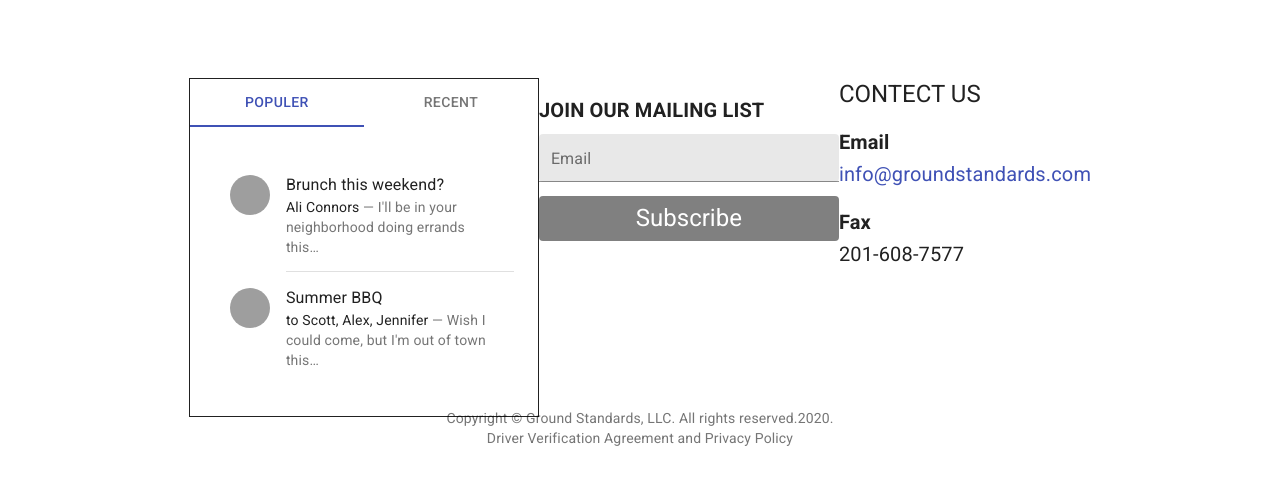
Repository: vinuvish/groundstandards_react
Page: /
The author's editor kept a copy of each file at every save. The page is drawn from the files as they stood at one save, then again after the next save.
The browser window is 1280 px wide. The pictures show the part of the page from y = 3920 to 4480 px (the page is 4416 px tall before and 4480 px after).
Pictures or frames that could not be fetched are drawn as grey boxes. The page's requests for data from a server got no answer. The project was rebuilt for these pictures with package versions that can differ from the ones it lists, and the page was loaded fresh each time. No one was signed in, and anything a server would have sent is missing. Also part of the build but not shown: src/pages/app/NotFoundPage.tsx, src/pages/app/SignUpPage.tsx, src/pages/app/AboutPage.tsx, src/pages/app/OurSolutionPage.tsx, src/pages/app/OurPartnerPage.tsx, src/pages/app/ResourcePage.tsx, src/pages/app/PressPage.tsx, src/pages/app/BlockPage.tsx and 1 more. Imported but missing from the stored project, and not drawn on this page: src/assets/video/video-2.mp4.

Above is the page before, as saved 2020-11-28 13:26:03.

After the next save:
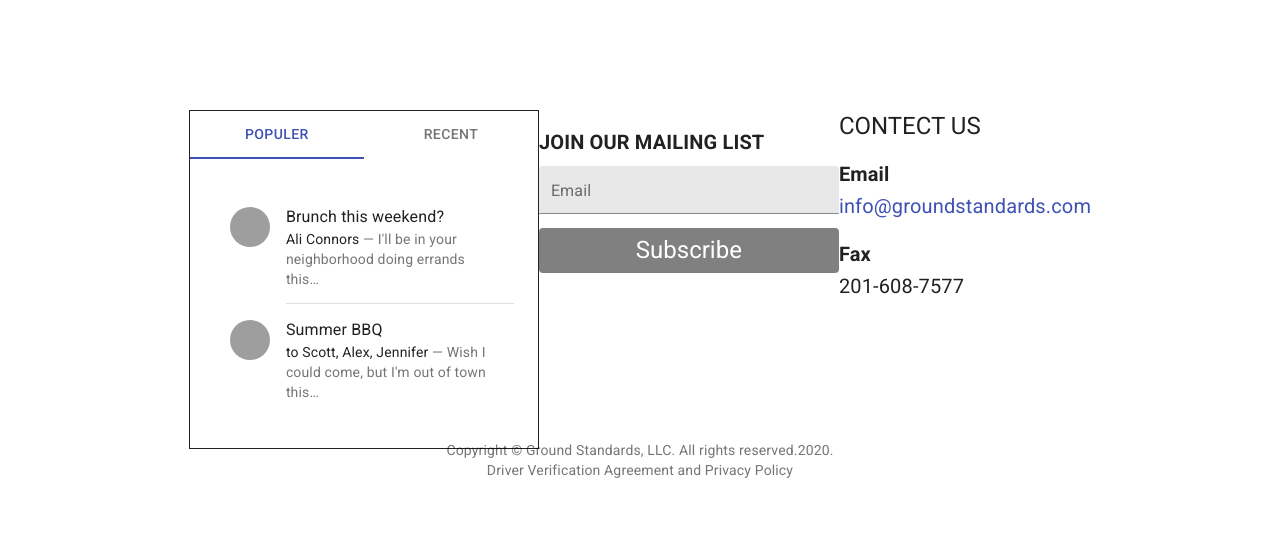
Saved 87 s later.
--- a/src/components/ZFooter.tsx
+++ b/src/components/ZFooter.tsx
@@ -138,7 +138,7 @@
 const useStyles = makeStyles((theme) => ({
     footer: {
         backgroundColor: theme.palette.background.paper,
-        padding: theme.spacing(6, 0),
+        padding: theme.spacing(10, 0),
         flex: 1,
         justifyContent: 'center',
         alignItems: 'center',

After the save that followed:
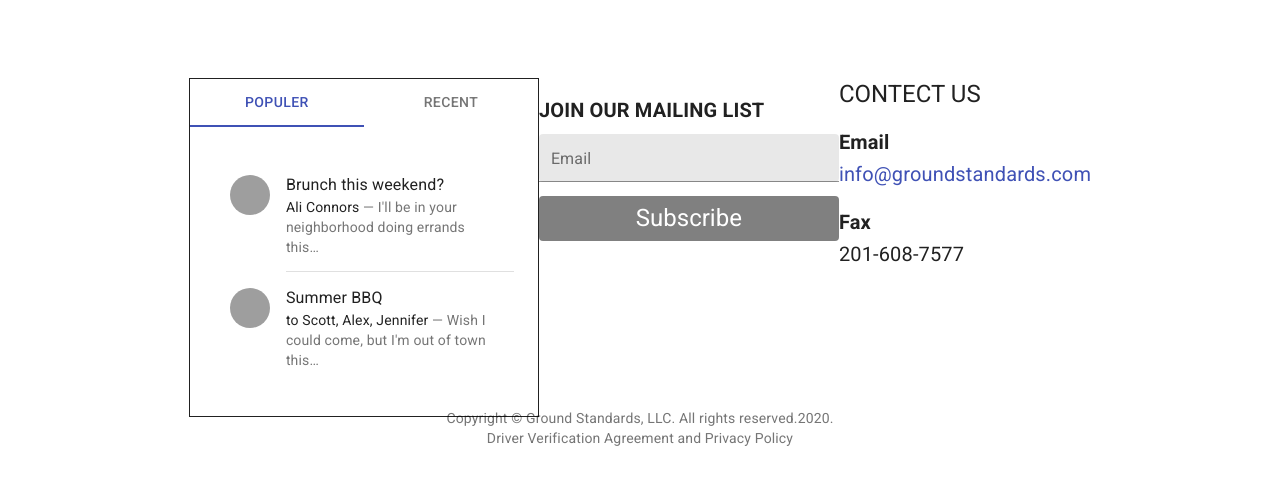
Saved 11 s later.
--- a/src/components/ZFooter.tsx
+++ b/src/components/ZFooter.tsx
@@ -138,7 +138,7 @@
 const useStyles = makeStyles((theme) => ({
     footer: {
         backgroundColor: theme.palette.background.paper,
-        padding: theme.spacing(10, 0),
+        padding: theme.spacing(6, 10),
         flex: 1,
         justifyContent: 'center',
         alignItems: 'center',
